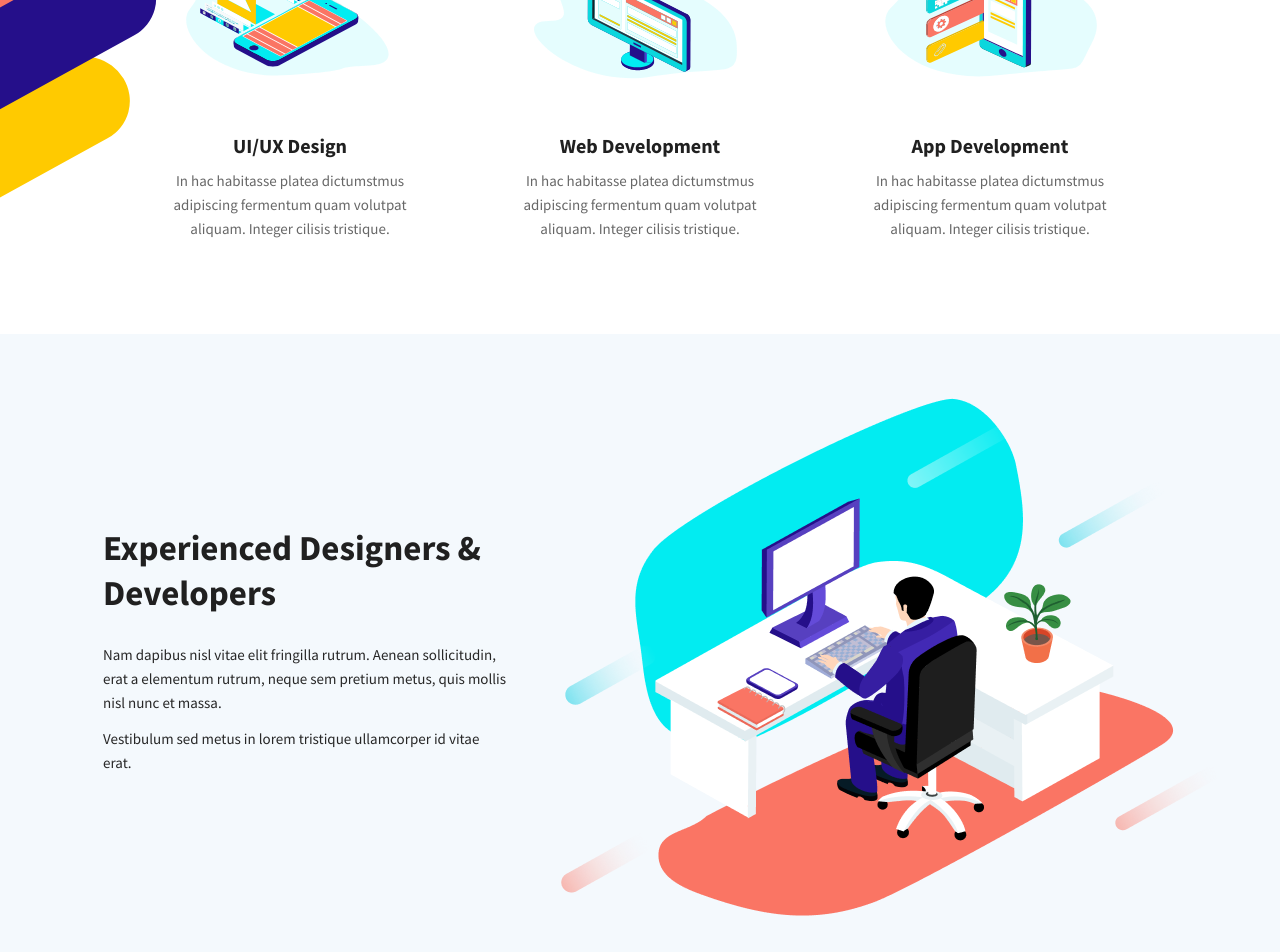
Repository: advert31337/marafon_from0to1_MartaUP
Page: index.html
The author's editor kept a copy of each file at every save. The page is drawn from the files as they stood at one save, then again after the next save.
The browser window is 1280 px wide. The pictures show the part of the page from y = 1037 to 1989 px (the page is 2029 px tall).

Above is the page before, as saved 2020-03-08 10:18:31.

After the next save:
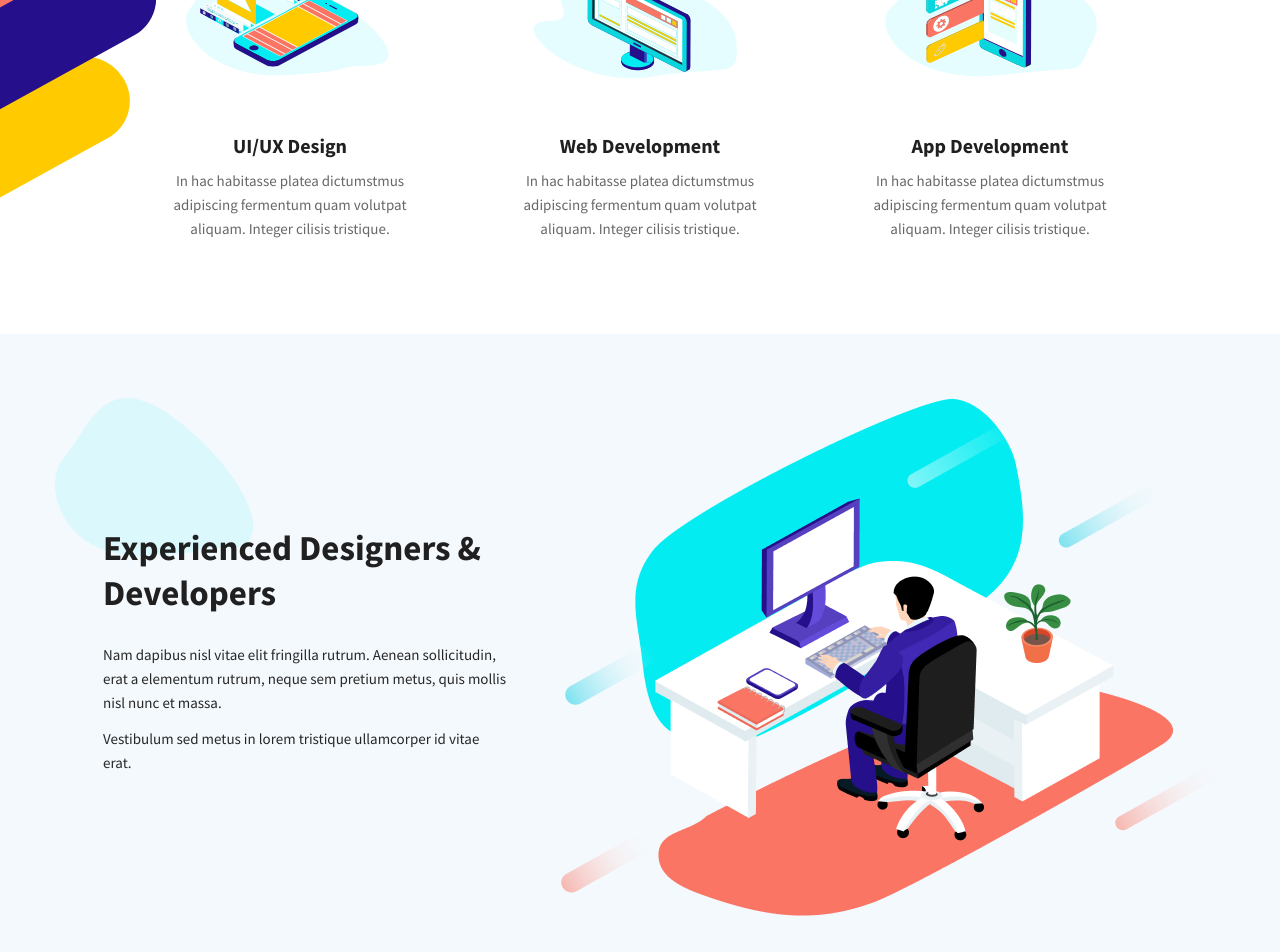
Saved 61 s later.
--- a/css/style.css
+++ b/css/style.css
@@ -194,6 +194,8 @@ a {
 .advantages-box__info {
     max-width: 455px;
     padding-top: 60px;
+    background-image: url(../images/title-bg-1.svg);
+    background-repeat: no-repeat;
 }
 .advantages-box__title {
     color: #202020;
